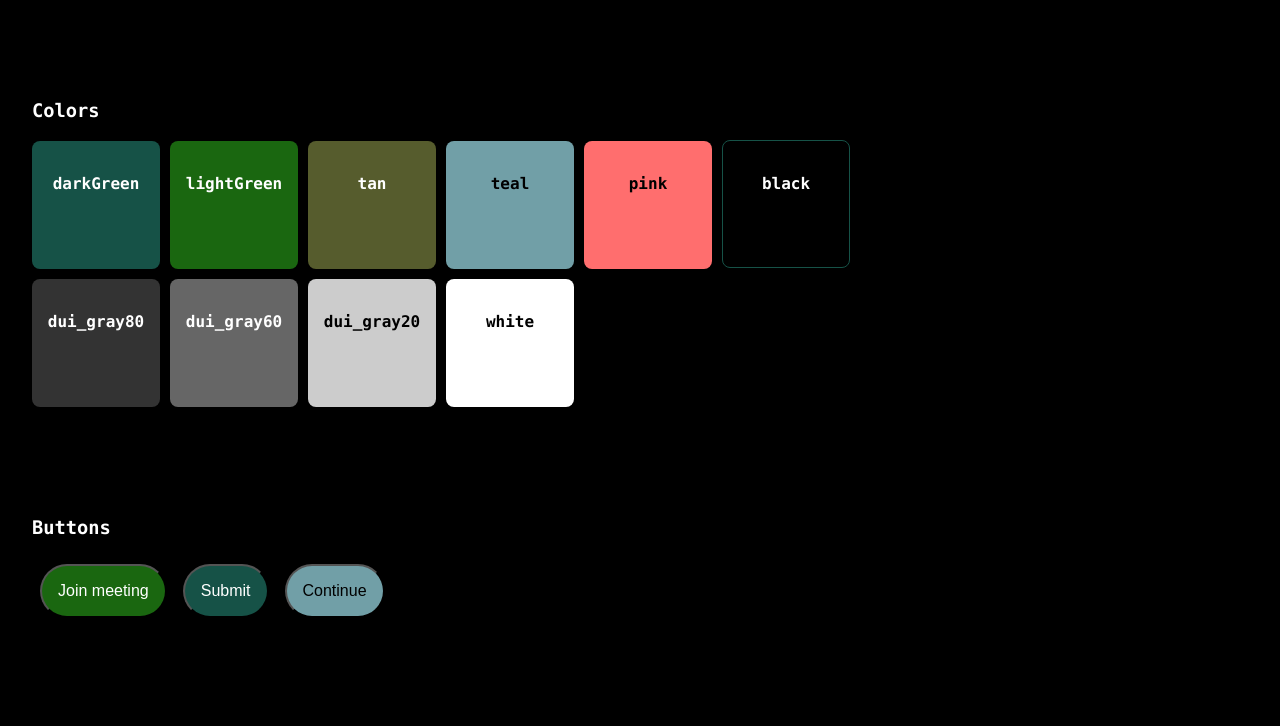
Repository: kttalley/designing-with-data_react-class
Page: / (app in lesson6_design-system-component-extension/)
The author's editor kept a copy of each file at every save. The page is drawn from the files as they stood at one save, then again after the next save.
The browser window is 1280 px wide. The pictures show the whole page.
The project was rebuilt for these pictures with package versions that can differ from the ones it lists, and the page was loaded fresh each time. Imported but missing from the stored project, and not drawn on this page: lesson6_design-system-component-extension/src/Rhubarb/Input.

Above is the page before, as saved 2023-08-30 15:04:53.

After the next save:
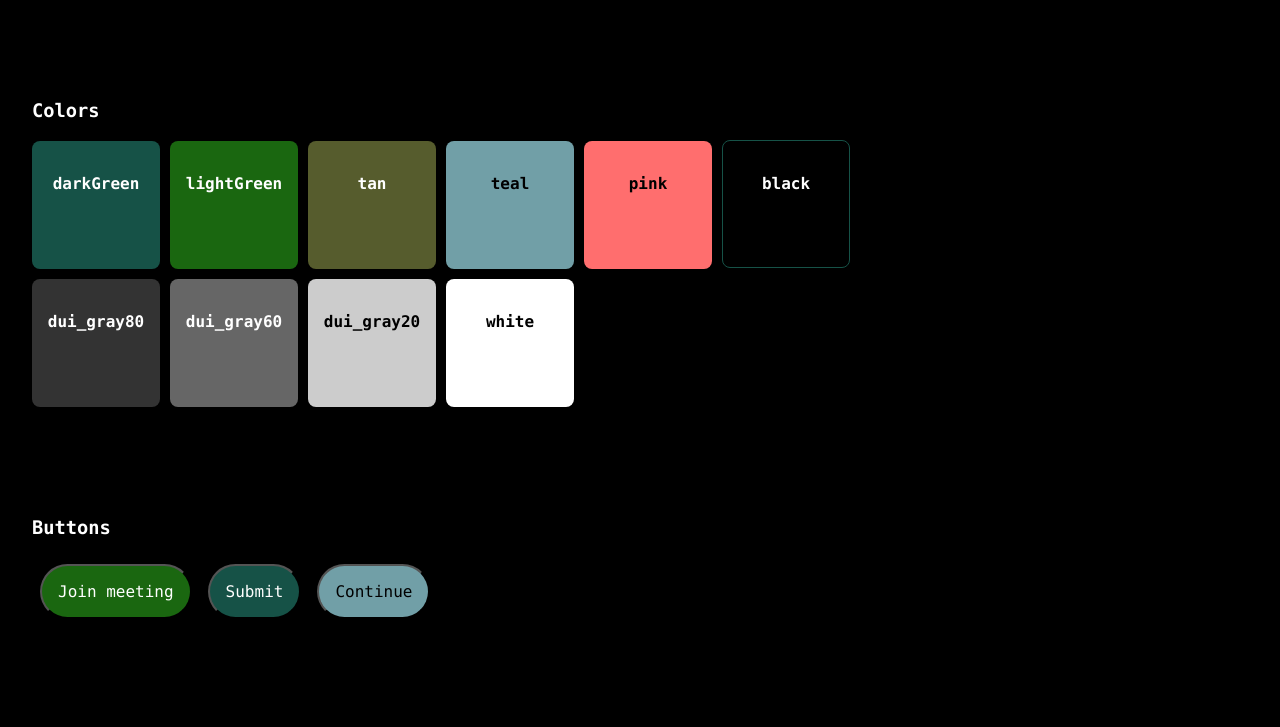
Saved 22 s later.
--- a/lesson6_design-system-component-extension/src/Rhubarb/Button.js
+++ b/lesson6_design-system-component-extension/src/Rhubarb/Button.js
@@ -6,6 +6,7 @@ export const Btn = styled.button`
   border-radius: ${space[6] + 'px'};
   padding: ${space[3] + 'px'};
   margin: ${space[2] + 'px'};
+  font-family: menlo;
   font-size: ${space[3] + 'px'};
   border: ${props => props.color === "darkGreen"  ? '2px solid' + color.pink : 'none'}
 
